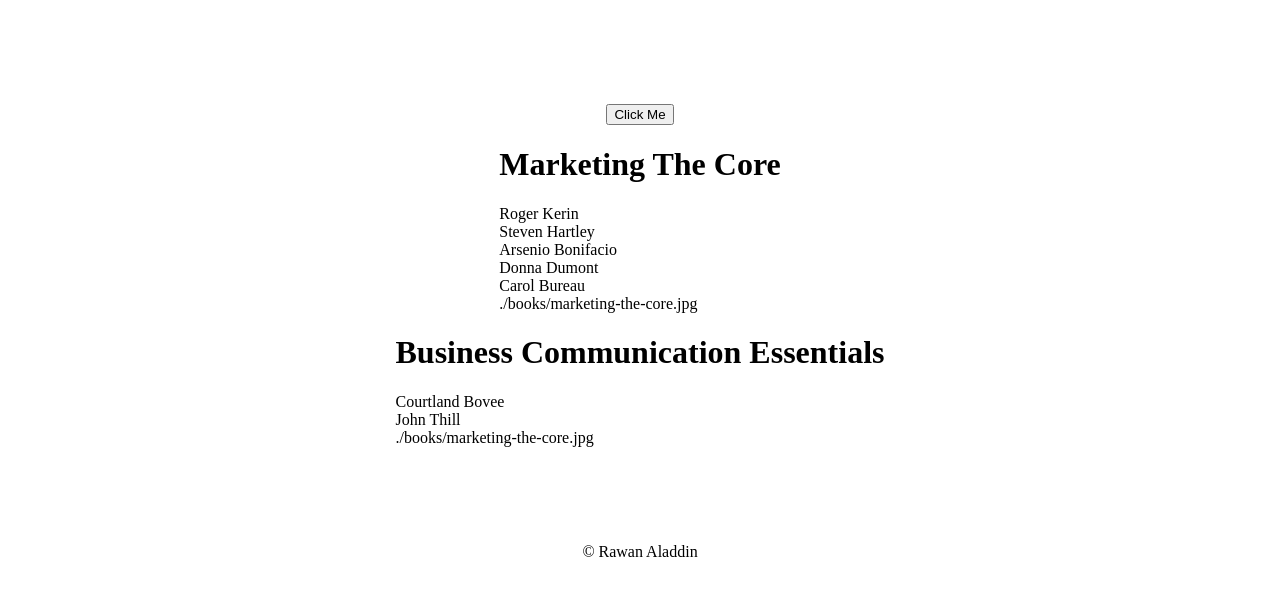
Repository: Aladdin3r/mdia2109
Page: / (app in a01386700_aladdin_assessment_3/), after clicking the first element matching `button`
These files come from the project's save history. The page is drawn as it stood at one moment and after a run of saves; the edit follows.
The browser window is 1280 px wide. The pictures show the whole page.
The project was rebuilt for these pictures with package versions that can differ from the ones it lists, and the page was loaded fresh each time. The framework's server and built-in components were replaced by stand-ins that run in the browser. Also part of the build but not shown: a01386700_aladdin_assessment_3/next.config.mjs.

Above is the page before, as saved 2024-02-13 13:41:58.

### a01386700_aladdin_assessment_3/pages/index.js
import Head from "next/head";
import styles from "@/styles/Home.module.css";
import Footer from "@/components/Footer";
import { inventory } from "@/data/books";
import { useState } from "react";

export default function Home() {

  const [data, setData] = useState();

  const addingData = () => {
    console.log("here");
    setData(inventory);
    console.log(inventory);
  }

  return (
    <>
      <Head>
        <title>BCIT Book Store</title>
        <meta name="description"
        content=
        "All online pick-up orders are available at the Burnaby Campus Bookstore (SE2). Please allow 2-3 business days for order processing."
       />
        <meta name="viewport" content="width=device-width, initial-scale=1" />
        <link rel="icon" href="/favicon.ico" />
      </Head>
      <main className={`${styles.main}`}>
        <button onClick={() => addingData()}>Click Me</button>
        {
          data && data.books.map((b, index) => {
            if(b.edition == 6) {
              return(
                <div key={index}>
                  <h1>{b.title}</h1>
                  {
                    b.authors && b.authors.map((a, ind) => {
                      return(
                        <div key={ind}>
                          {a}
                        </div>
                      )
                    })
                  }
                    {b.image}
                </div>
              )
            }
          })

        }
      </main>
      <Footer/>
    </>
  );
}

### a01386700_aladdin_assessment_3/styles/globals.css
:root {
 background-color: #fff;
 --highlight: #FFF400;
 --blue: #003C71;
 --white-text: #fff;
 --product-background: rgb(245,245,245);
}

### a01386700_aladdin_assessment_3/styles/Home.module.css
.main {
  display: flex;
  flex-direction: column;
  justify-content: space-between;
  align-items: center;
  padding: 6rem;
  min-height: 20vh;
}

### a01386700_aladdin_assessment_3/components/Footer/index.js
import styles from './Footer.module.css'

export default function Footer() {
    return(
        <footer className={styles.footer}>
            &#xa9; Rawan Aladdin
        </footer>
    )
}

### a01386700_aladdin_assessment_3/data/books.js
export const inventory = {
    books: [
        {
            course: "MKTG 1102",
            title: "Marketing The Core",
            authors: ["Roger Kerin", "Steven Hartley", "Arsenio Bonifacio", "Donna Dumont", "Carol Bureau"],
            edition: 6,
            image: "./books/marketing-the-core.jpg"
        },
        {
            course: "COMM 1120",
            title: "Business Communication Essentials",
            authors: ["Courtland Bovee", "John Thill"],
            edition: 6,
            image: "./books/marketing-the-core.jpg"
        },
    ]
}

### a01386700_aladdin_assessment_3/components/Footer/Footer.module.css
.footer {
    display: flex;
    justify-content: center;
}

Loaded but not shown: a01386700_aladdin_assessment_3/pages/_app.js (common file); a01386700_aladdin_assessment_3/pages/_document.js (common file)

After the next 2 saves:
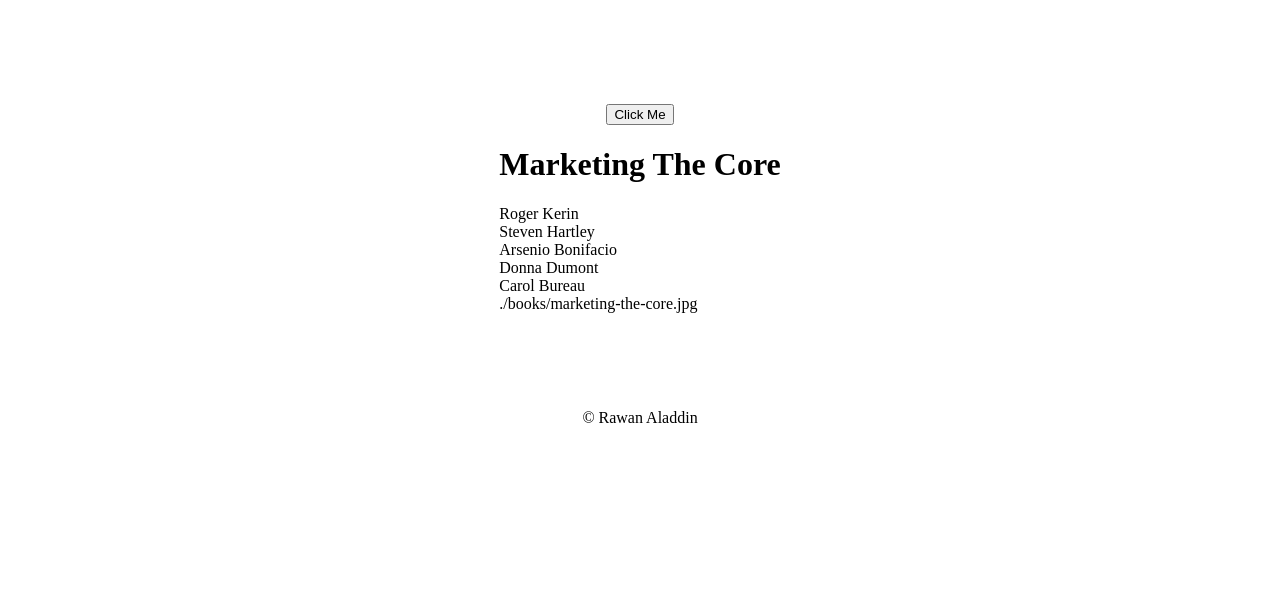
The 2 saves are shown as one change because they came seconds apart.
The last was saved 7 s later.
--- a/a01386700_aladdin_assessment_3/data/books.js
+++ b/a01386700_aladdin_assessment_3/data/books.js
@@ -11,7 +11,7 @@ export const inventory = {
             course: "COMM 1120",
             title: "Business Communication Essentials",
             authors: ["Courtland Bovee", "John Thill"],
-            edition: 6,
+            edition: 5,
             image: "./books/marketing-the-core.jpg"
         },
     ]
